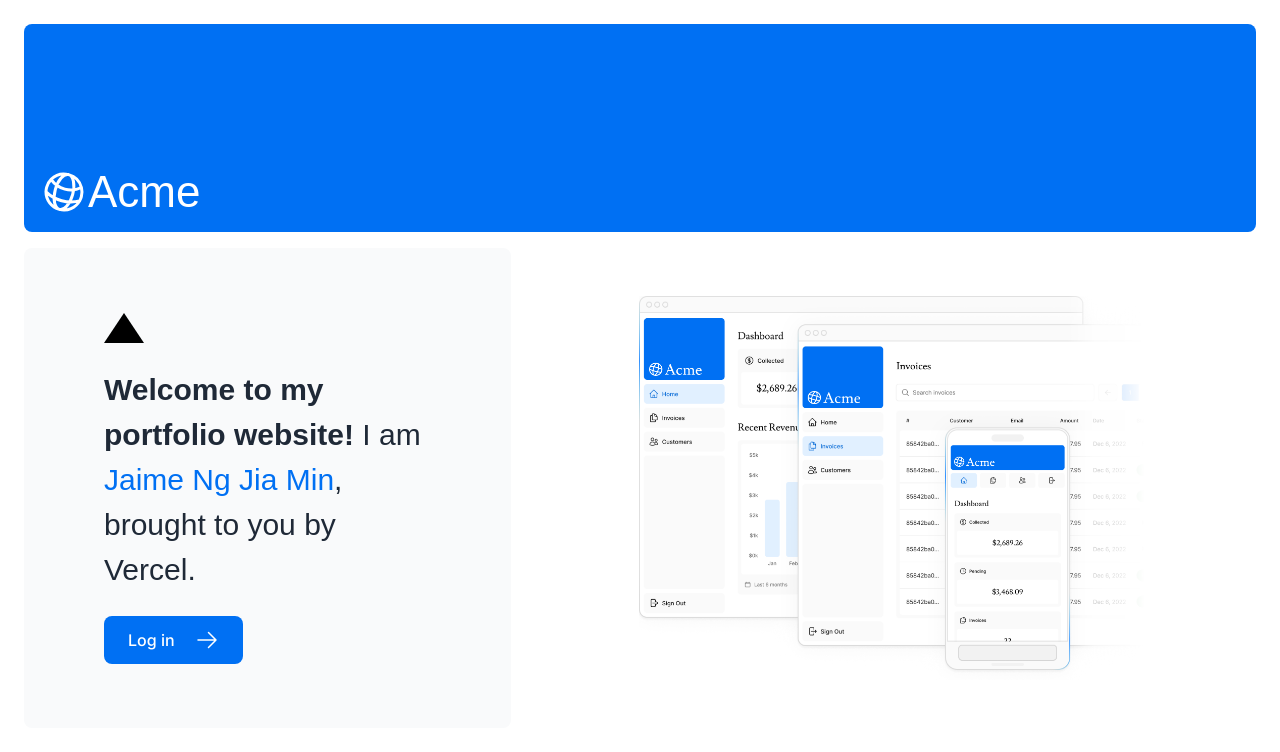
Repository: ThatGirlJam/jaime-portfolio
Page: /
An editor plug-in stored every save of this project. The page is shown before and after the next save, followed by the edit.
The browser window is 1280 px wide. The pictures show the whole page.
Some web fonts or font styles are not loaded; a fallback is used. The project was rebuilt for these pictures with package versions that can differ from the ones it lists, and the page was loaded fresh each time. The framework's server and built-in components were replaced by stand-ins that run in the browser. Also part of the build but not shown: next.config.js.

Above is the page before, as saved 2024-04-09 21:10:22.

After the next save:
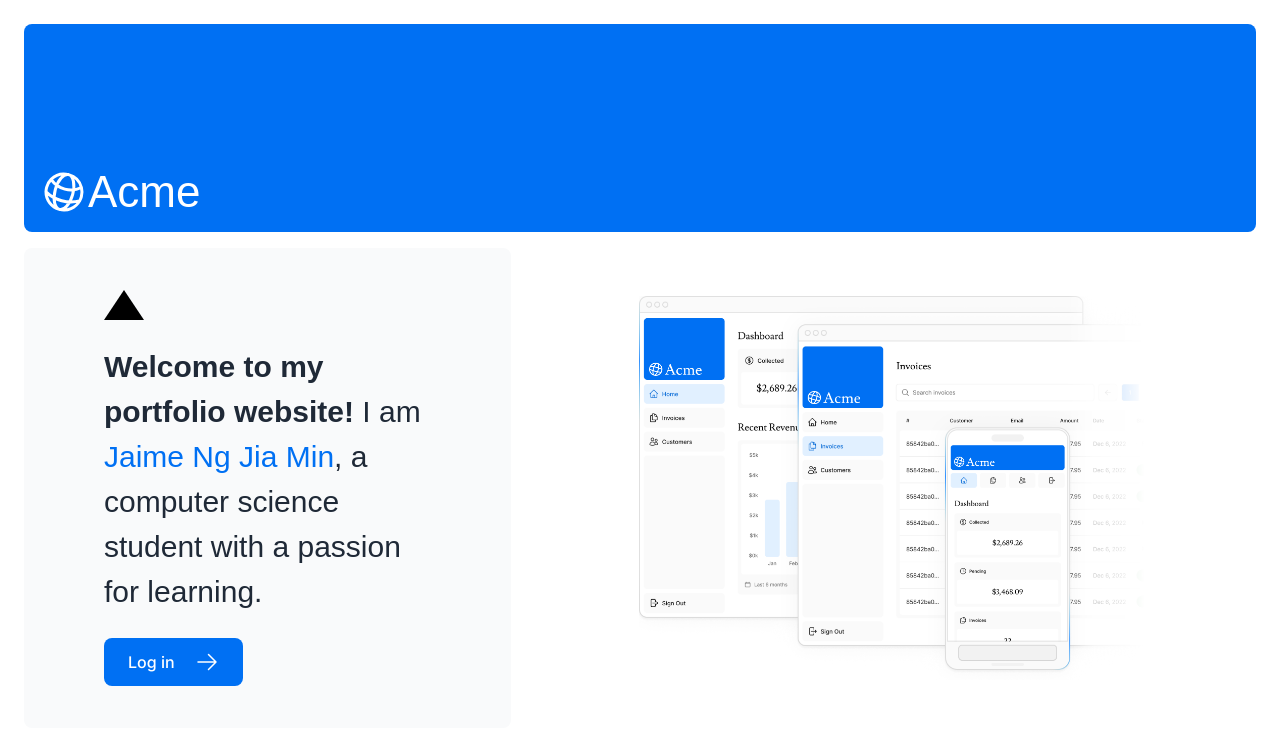
Saved 39 s later.
--- a/app/page.tsx
+++ b/app/page.tsx
@@ -22,7 +22,7 @@ export default function Page() {
                 Jaime Ng Jia Min
               </a>
             </Link>
-            , brought to you by Vercel.
+            , a computer science student with a passion for learning.
           </p>
           <Link
             href="/dashboard"
